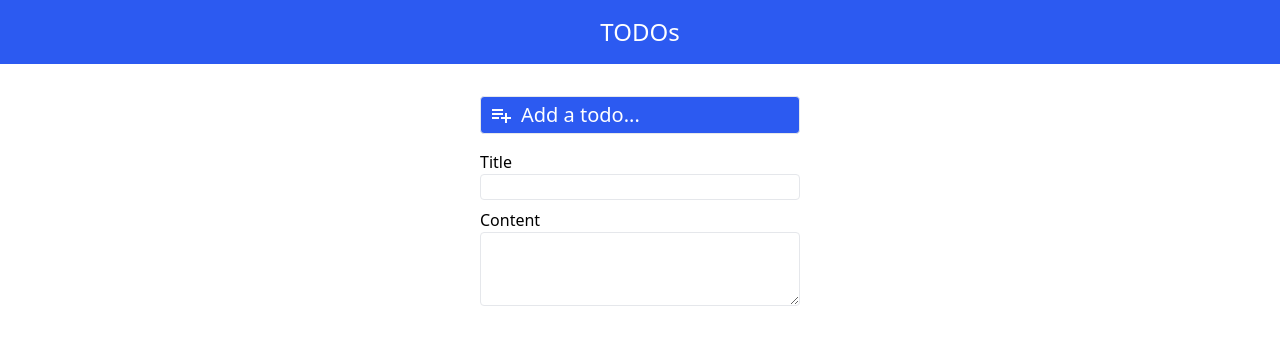
Repository: Jay-JYKim91/wanted-pre-onboarding-challenge-fe-1
Page: /
These files come from the project's save history. The page is drawn as it stood at one moment and after the next save; the edit follows.
The browser window is 1280 px wide. The pictures show the whole page.
The page's requests for data from a server got no answer. The project was rebuilt for these pictures with package versions that can differ from the ones it lists, and the page was loaded fresh each time. No one was signed in, and anything a server would have sent is missing. Also part of the build but not shown: src/page/Auth.tsx.

Above is the page before, as saved 2022-08-01 22:52:34.

### src/index.tsx
import React from "react"
import ReactDOM from "react-dom/client"
import "./index.css"
import App from "./App"
import { BrowserRouter } from "react-router-dom"

const root = ReactDOM.createRoot(document.getElementById("root") as HTMLElement)
root.render(
  <React.StrictMode>
    <BrowserRouter>
      <App />
    </BrowserRouter>
  </React.StrictMode>
)

### src/App.tsx
import React, { useEffect, useState } from "react"
import { Route, Routes, useNavigate } from "react-router-dom"
import Auth from "./page/Auth"
import Main from "./page/Main"

// type UserToken = {
//   userToken: string | null
// }

function App() {
  const navigate = useNavigate()
  const userToken = window.localStorage.getItem("userToken")
  const [todos, setTodos] = useState([])

  useEffect(() => {
    if (userToken === "") {
      window.alert("Please login first.")
      navigate("/auth")
    } else {
      const headers = {
        Authorization: userToken,
      }
      fetch("http://localhost:8080/todos")
        .then((response) => response.json())
        .then((res) => {
          console.log(res)
        })
    }
  }, [])

  return (
    <div className="App">
      <header className="bg-primary-900 text-white text-center py-4 text-2xl">
        <span>TODOs</span>
      </header>
      <Routes>
        <Route path="/" element={<Main todos={todos} />} />
        <Route path="/auth" element={<Auth />} />
      </Routes>
    </div>
  )
}

export default App

### src/page/Main.tsx
import React, { useState } from "react"
import { MdPlaylistAdd } from "react-icons/md"

type Props = {
  todos: []
}

function Main<Props>({ todos }) {
  console.log(todos)
  const [titleInput, setTitleInput] = useState("")
  const [contentInput, setContentInput] = useState("")

  function handleTodoAddForm() {
    const btn = document.getElementById("addTodoBtn")
    const form = document.getElementById("addTodoForm")
    btn!.style.display = "none"
    form!.style.display = "block"
  }
  return (
    <div className="max-w-xs mx-auto my-8">
      <button
        id="addTodoBtn"
        type="button"
        className="flex items-center border rounded bg-primary-900 text-white px-2 py-1 w-full"
        onClick={handleTodoAddForm}
      >
        <MdPlaylistAdd className="mr-2 text-2xl" />
        <span className="text-xl">Add a todo...</span>
      </button>
      <form className="my-4" id="addTodoForm">
        <div className="flex flex-col mb-2">
          <label htmlFor="titleInput">Title</label>
          <input
            type="text"
            id="titleInput"
            required
            onChange={(event) => setTitleInput(event.target.value)}
            className="border rounded"
          />
        </div>
        <div className="flex flex-col mb-2">
          <label htmlFor="contentInput">Content</label>
          <textarea
            name="contentInput"
            id="contentInput"
            cols={30}
            rows={3}
            onChange={(event) => setContentInput(event.target.value)}
            className="border rounded"
          ></textarea>
        </div>
      </form>
    </div>
  )
}

export default Main

### tailwind.config.js
/** @type {import('tailwindcss').Config} */
module.exports = {
  content: [
    "./src/**/*.{js,jsx,ts,tsx}",
  ],
  theme: {
    extend: {
      colors: {
        'primary': {
          100: '#47dfbc',
          500: '#428afe',
          900: '#2c5af1',
        }
      },
    },
  },
  plugins: [],
}

Loaded but not shown: public/index.html (common file); src/index.css (common file)

After the next save:
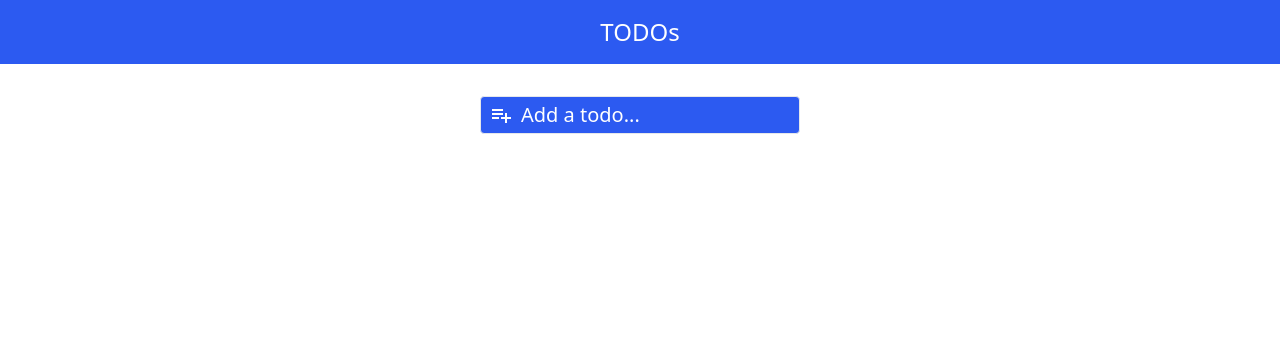
Saved 9 s later.
--- a/src/page/Main.tsx
+++ b/src/page/Main.tsx
@@ -27,7 +27,7 @@ function Main<Props>({ todos }) {
         <MdPlaylistAdd className="mr-2 text-2xl" />
         <span className="text-xl">Add a todo...</span>
       </button>
-      <form className="my-4" id="addTodoForm">
+      <form className="my-4 hidden" id="addTodoForm">
         <div className="flex flex-col mb-2">
           <label htmlFor="titleInput">Title</label>
           <input
